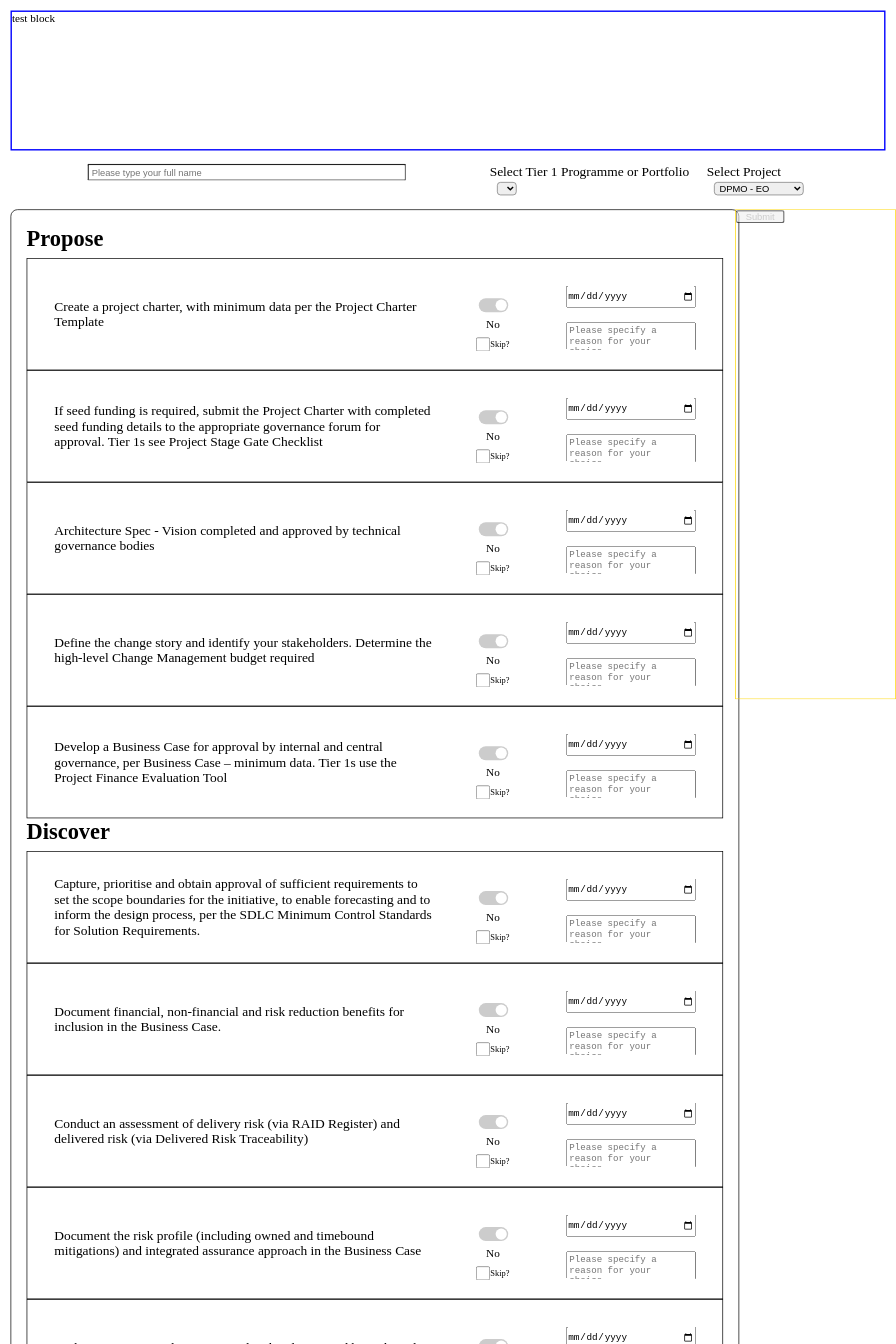
Repository: I-Alpha/JQuery-Html-form
Page: Project-form.html
The author's editor kept a copy of each file at every save. The page is drawn from the files as they stood at one save, then again after the next save.
The browser window is 1280 px wide. The pictures show the part of the page from y = 0 to 1920 px (the page is 8731 px tall before and 8709 px after), at 70% of full size.

Above is the page before, as saved 2020-10-27 01:08:43.

After the next save:
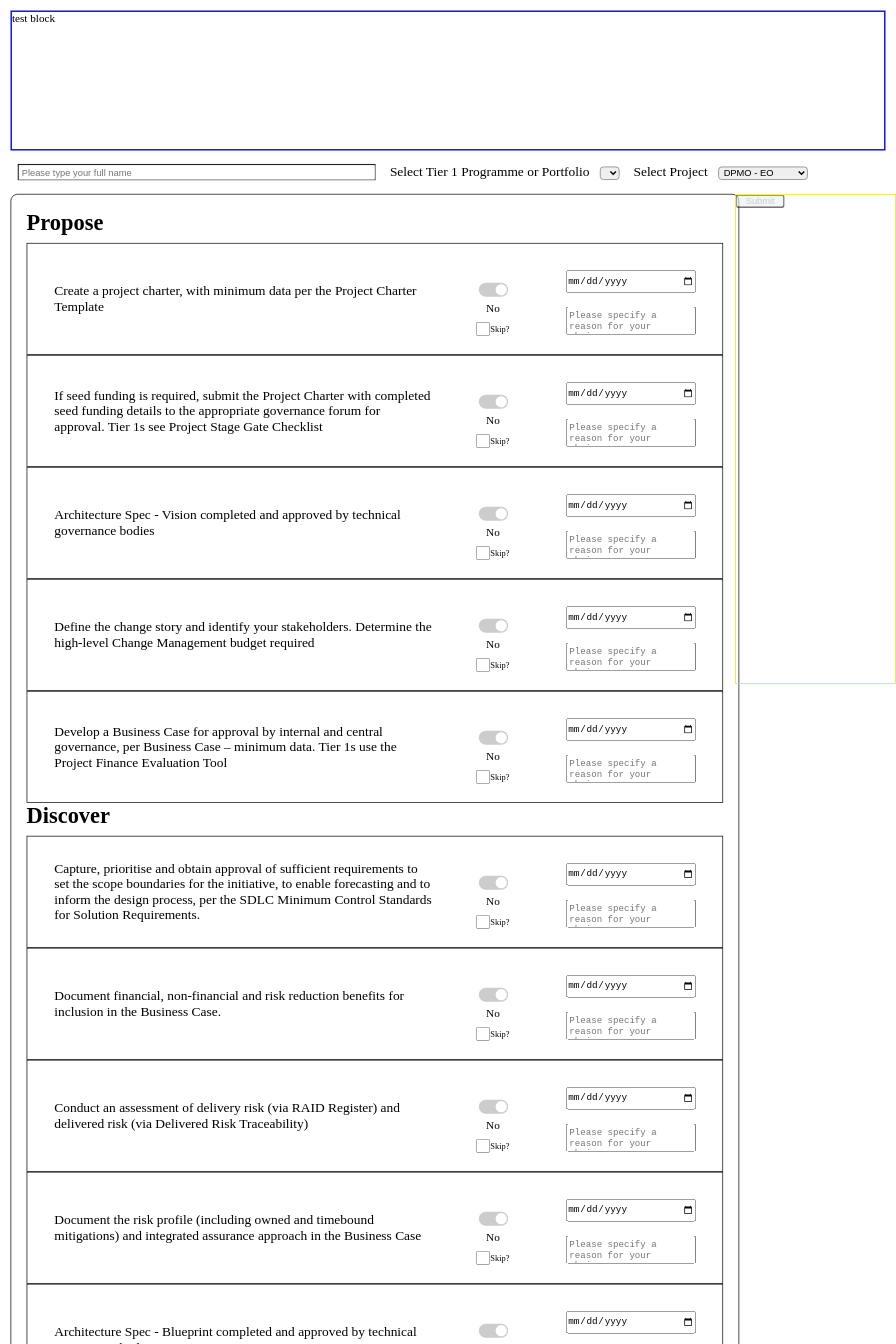
Saved 6 s later.
--- a/main.css
+++ b/main.css
@@ -357,7 +357,7 @@ and (min-width : 1224px) {
      width: 32rem;
     border-radius:2px;
     padding:0 4px;
-    margin: 0 110px;
+    margin: 0 10px;
     }
 
 #form1 {
